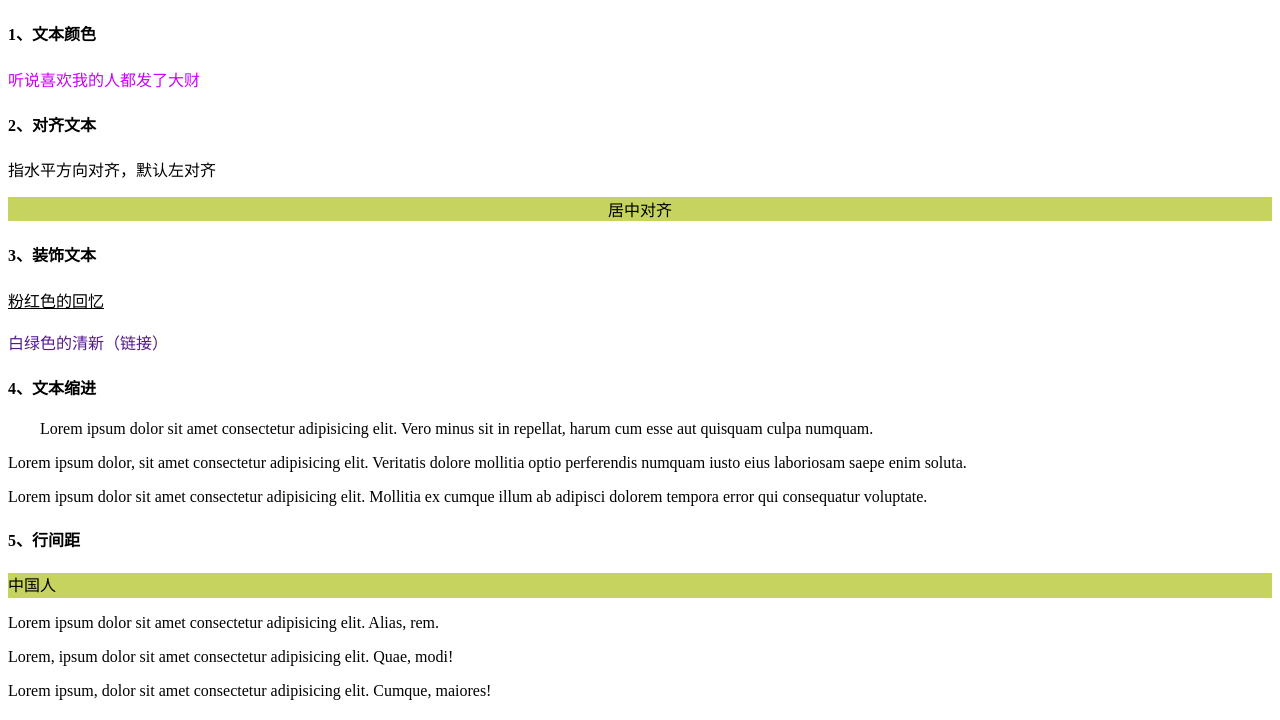
Repository: zhengdeya/web-based
Page: 14-CSS文本属性.html
The author's editor kept a copy of each file at every save. The page is drawn from the files as they stood at one save, then again after the next save.
The browser window is 1280 px wide. The pictures show the whole page.

Above is the page before, as saved 2021-03-28 15:24:35.

After the next save:
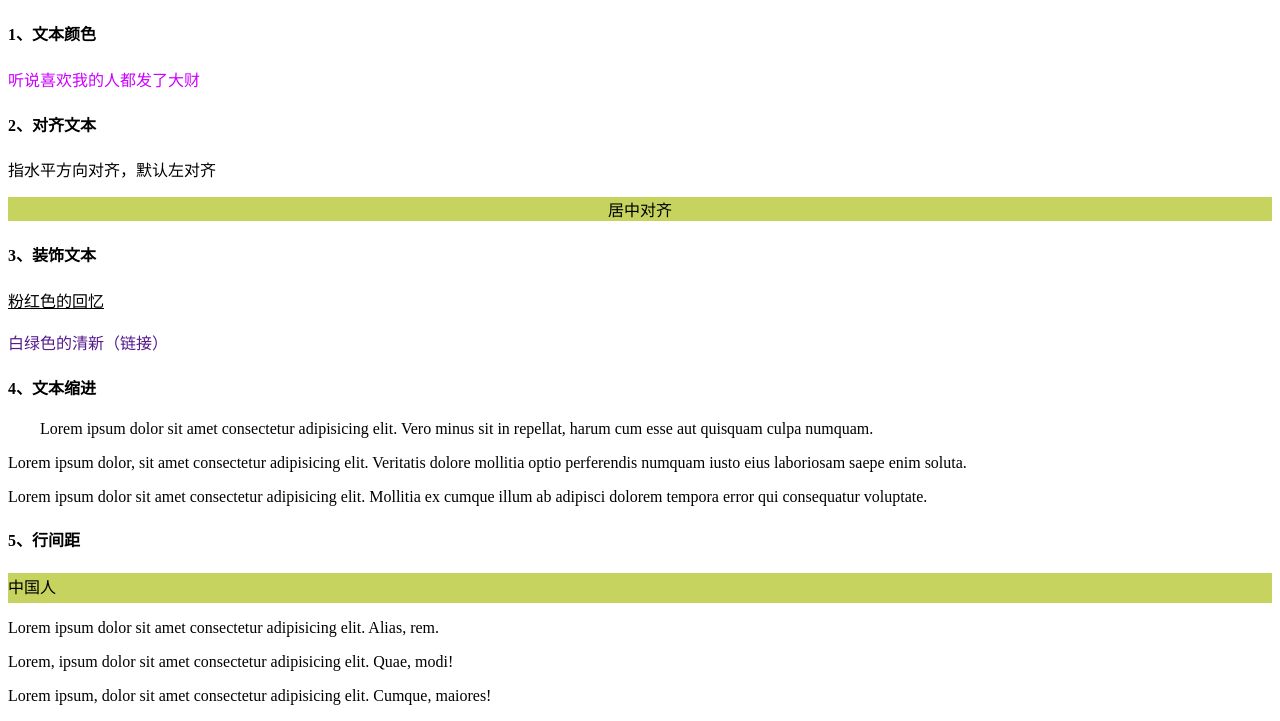
Saved 11 s later.
--- a/14-CSS文本属性.html
+++ b/14-CSS文本属性.html
@@ -47,7 +47,7 @@
         /* 5、行间距 */
         .hangjianju {
             /* 行高 */
-            line-height: 25px;
+            line-height: 30px;
         }
     </style>
 </head>
